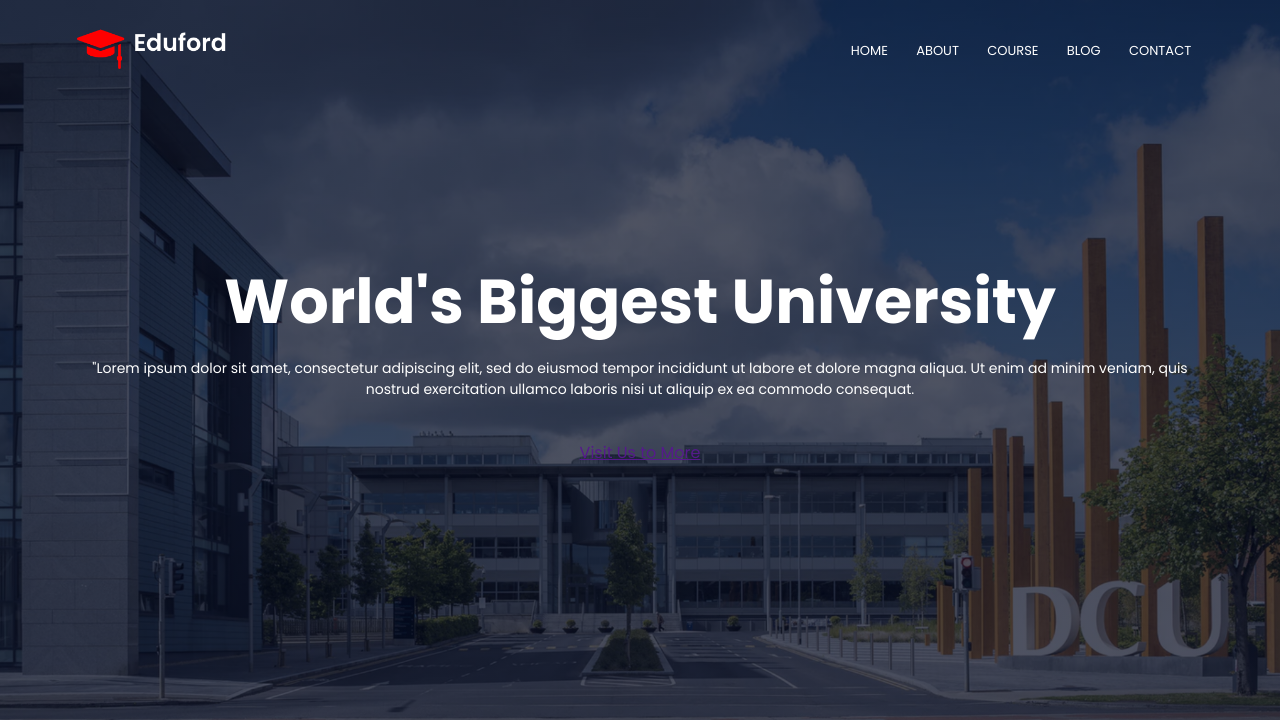
Repository: dewaary/company-profile
Page: index.html
The author's editor kept a copy of each file at every save. The page is drawn from the files as they stood at one save, then again after the next save.
The browser window is 1280 px wide. The pictures show the whole page.

Above is the page before, as saved 2021-05-06 21:36:57.

After the next save:
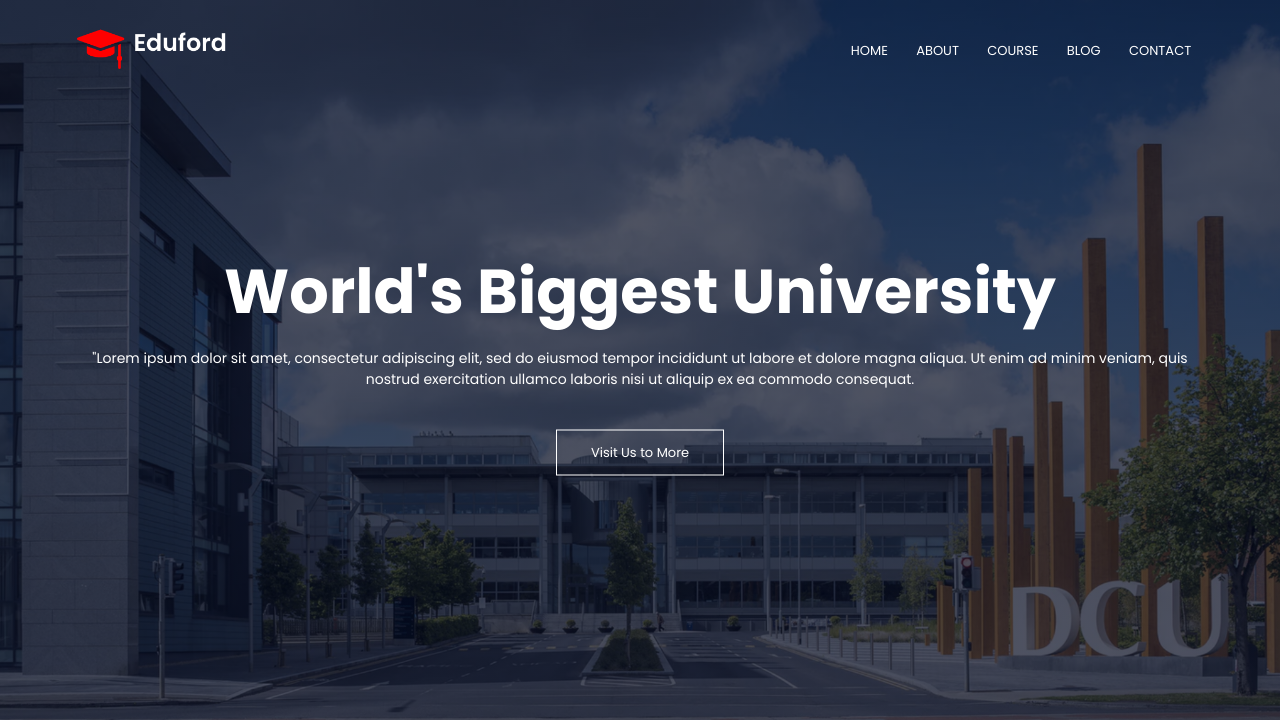
Saved 104 s later.
--- a/style.css
+++ b/style.css
@@ -78,3 +78,15 @@ nav img{
     font-size: 14px;
     color:#fff;
 }
+
+.hero-btn{
+    display: inline-block;
+    text-decoration: none;
+    color:#fff;
+    border: 1px solid #fff;
+    padding: 12px 34px;
+    font-size: 13px;
+    background: transparent;
+    position: relative;
+    cursor: pointer;
+}
